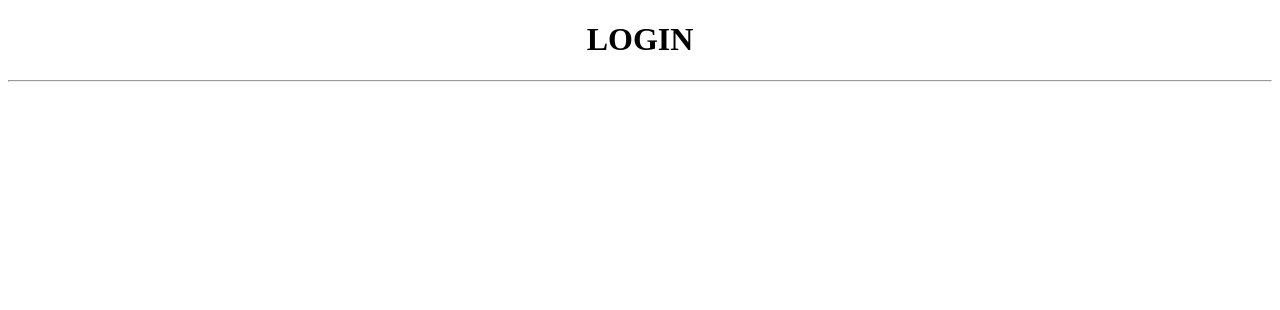
Repository: ByeonYJ/CSSTest
Page: GMSUI/WebContent/board/board_write.html
These files come from the project's save history. The page is drawn as it stood at one moment and after the next save; the edit follows.
The browser window is 1280 px wide. The pictures show the whole page.

Above is the page before, as saved 2017-07-20 02:28:33.

After the next save:
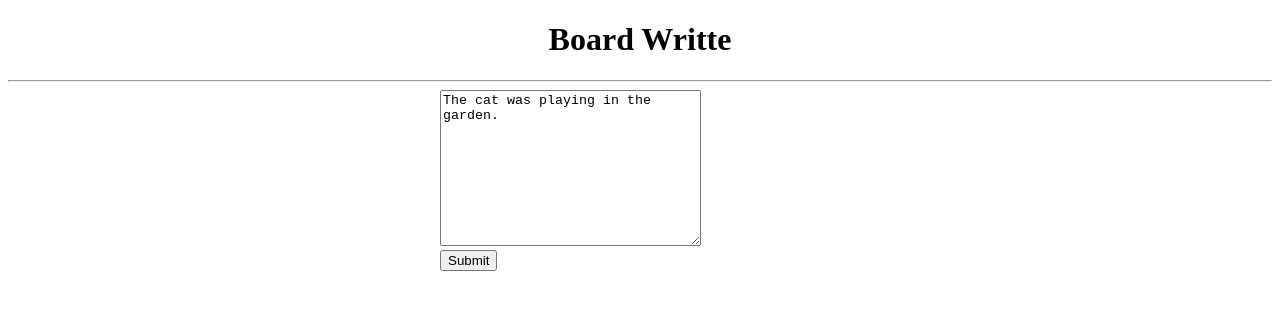
Saved 70 s later.
--- a/GMSUI/WebContent/board/board_write.html
+++ b/GMSUI/WebContent/board/board_write.html
@@ -20,8 +20,14 @@
 </head>
 <body>
 	<div id="wrapper" style="width: 100%">
-   <h1 class="text-center">LOGIN</h1>
+   <h1 class="text-center">Board Writte</h1>
    <hr/>
 <div id="container" class="margin-auto" style="width: 400px">
+<form action="/action_page.php">
+  <textarea name="message" rows="10" cols="30">The cat was playing in the garden.</textarea>
+  <br>
+  <input type="submit">
+</form>
+
 </body>
 </html>
